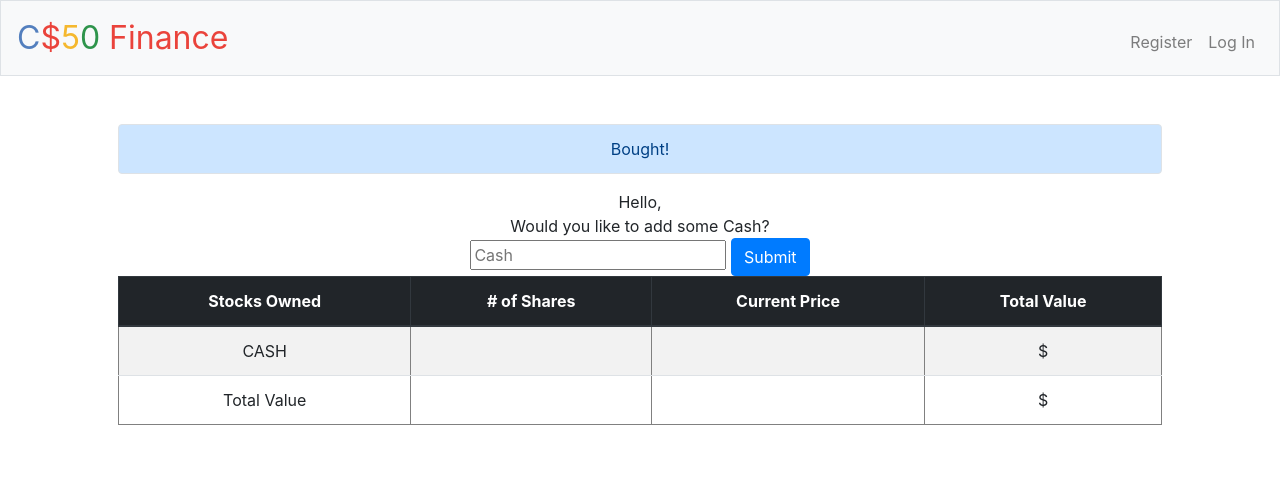
Repository: veeSauce/cs50
Page: pset8/finance/templates/index.html
The author's editor kept a record of every edit. The page is drawn from the files as they stood at one moment, then again after the next edit.
The browser window is 1280 px wide. The pictures show the whole page.
The template is drawn by Flask 3. The application's start-up code is not run. The template is opened directly, without the code that normally fills it, so the values that code supplies are empty.

Above is the page before.

After the next edit:
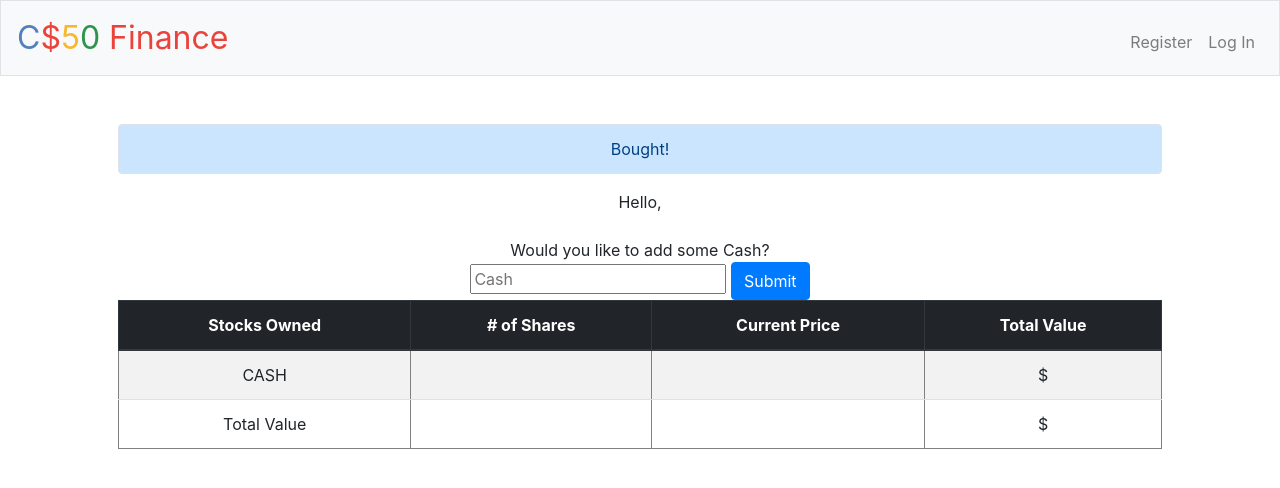
The edit:
--- a/pset8/finance/templates/index.html
+++ b/pset8/finance/templates/index.html
@@ -37,6 +37,8 @@
                 <td></td>
                 <td id=cash>${{ totalValue }}</td>
         </tr>
+        <br>
+        </br>
 
      <tbody>
 
